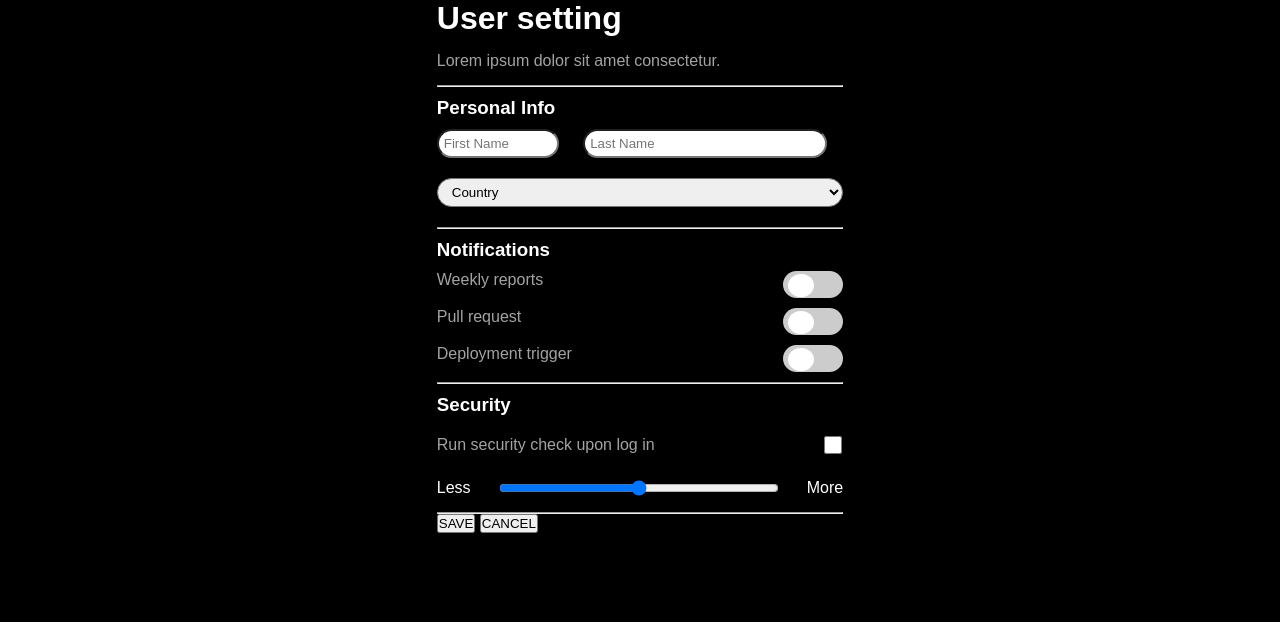
Repository: imokha01/DOM
Page: index.html
The author's editor kept a copy of each file at every save. The page is drawn from the files as they stood at one save, then again after the next save.
The browser window is 1280 px wide. The pictures show the whole page.

Above is the page before, as saved 2023-12-21 09:51:46.

After the next save:
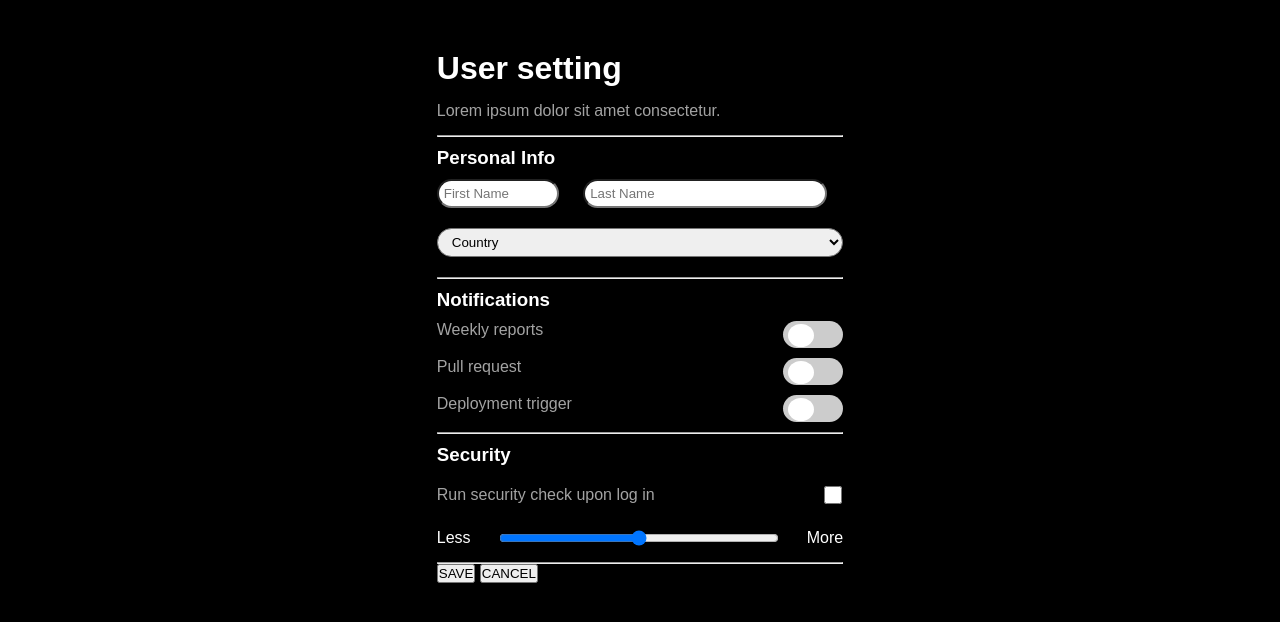
Saved 4 s later.
--- a/index.css
+++ b/index.css
@@ -13,7 +13,7 @@ body{
     display: flex;
     justify-content: center;
     align-items: center;
-    margin-top: ;
+    margin-top: 50px;
     gap: 2px;
     background-color: black;
     color: while;
